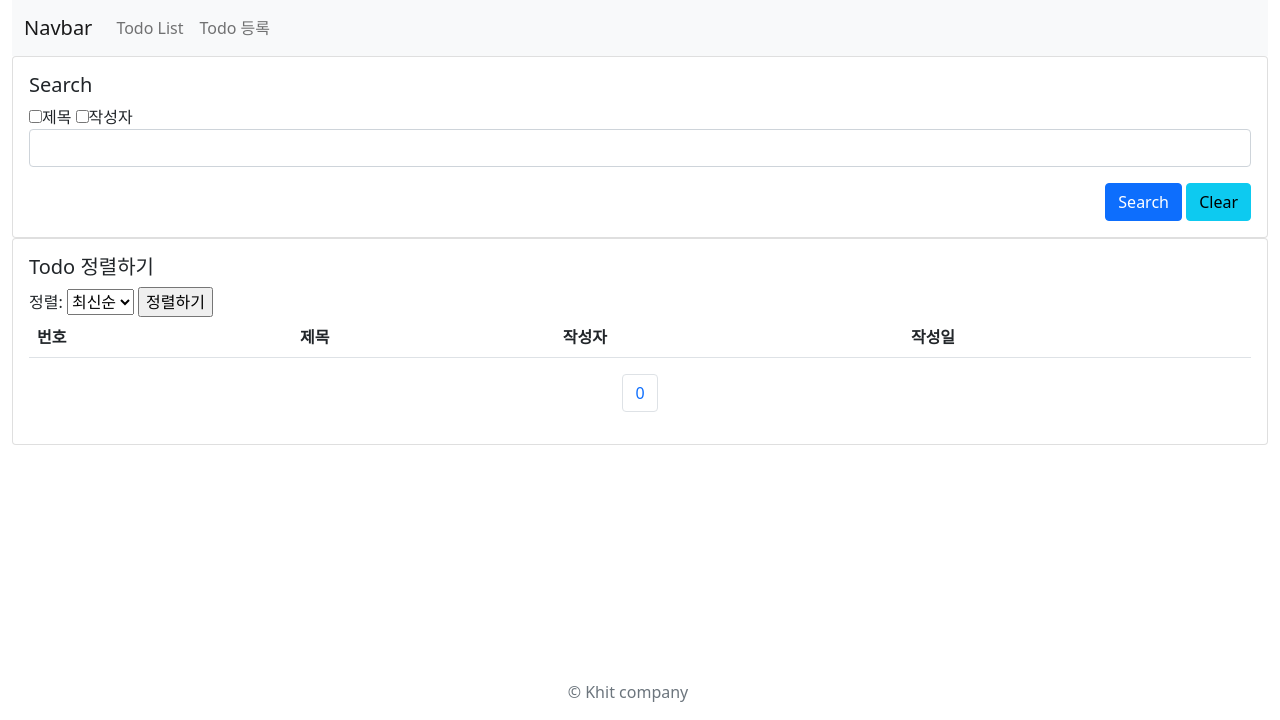
Repository: KyoungHwanJeong/springworks
Page: http://localhost/todoweb/WEB-INF/views/todo/list_sort.jsp
An editor plug-in stored every save of this project. The page is shown before and after the next save, followed by the edit.
The browser window is 1280 px wide. The pictures show the whole page.
The page is served by Tomcat 9. Nobody is signed in. Other server files are loaded and not shown. The template is opened directly, without the code that normally fills it, so the values that code supplies are empty.

Above is the page before, as saved 2024-01-10 02:33:00.

### todoweb/src/main/webapp/WEB-INF/views/todo/list_sort.jsp
<%@ page language="java" contentType="text/html; charset=UTF-8"
    pageEncoding="UTF-8"%>
<%@ taglib uri="http://java.sun.com/jsp/jstl/core" prefix="c" %>
<%@ taglib uri="http://java.sun.com/jsp/jstl/fmt" prefix="fmt" %>

<!DOCTYPE html>
<html>
<head>
<meta charset="UTF-8">
<title>Todo 정렬하기</title>
</head>
<body>
	<div class="container-fluid">
		<jsp:include page="../layout/header.jsp" />
		<!-- 검색 영역 -->
		<div class="row content">
			<div class="col">
				<div class="card">
					<div class="card-body">
						<h5 class="card-title">Search</h5>
						<form action="/todo/paging" method="get">
							<div class="mb-3">
								<input type="checkbox" name="types" value="t">제목
								<input type="checkbox" name="types" value="w">작성자
								<input type="text" name="keyword" class="form-control">
							</div>
							<div class="mb-3">
								<div class="float-end">
									<button type="submit" class="btn btn-primary">Search</button>
									<button type="reset" class="btn btn-info">Clear</button>
								</div>
							</div>
						</form>
					</div>
				</div>
			</div>
		</div>

		<!-- 본문 영역 -->
		<div class="row content">
			<div class="col">
				<div class="card">
					<div class="card-body">
						<h5 class="card-title">Todo 정렬하기</h5>
							<form action="/todo/list_sort" method="get" class="list_sort">
								<div>
								<label>정렬: </label>
								<select type="name" name="sort" class="sort">
									<option type="name" value="recent">최신순</option>
									<option type="name" value="popular">제목순</option>
								</select>
								<input type="submit" value="정렬하기">
								</div>
							</form>
						<table class="table">
							<thead>
								<tr>
									<th>번호</th><th>제목</th><th>작성자</th><th>작성일</th>
								</tr>
							</thead>
							<tbody>
								<c:forEach items="${responseDTO.dtoList}" var="todo">
								<tr>
									<td>${todo.tno}</td>
									<td><a href="/todo?tno=${todo.tno}&page=${responseDTO.page}">${todo.title}</a></td>
									<td>${todo.writer}</td>
									<td><fmt:formatDate value="${todo.createdDate}" pattern="yyyy년  MM월 dd일 HH:mm:ss" /></td>
								</tr>
								</c:forEach>
							</tbody>

						</table>

						<!-- 페이징 처리 -->
						<div class ="d-flex justify-content-center">
							<ul class="pagination flex-wrap">
								<!-- 이전 페이지 -->
								<c:if test="${responseDTO.prev}">
									<li class="page-item">
										<a class="page-link" href="/todo/paging?page=${responseDTO.startPage-1}">Previous</a>
									</li>
								</c:if>

								<!-- 페이지 번호 -->
								<c:forEach var="num" begin="${responseDTO.startPage}" end="${responseDTO.endPage}">
									<li class="page-item ${responseDTO.page eq num ? 'active' : '' }" >
										<a href="/todo/paging?page=${num}" class="page-link">${num}</a>
									</li>
								</c:forEach>

								<!-- 다음 페이지 -->
								<c:if test="${responseDTO.next}">
									<li class="page-item">
										<a class="page-link" href="/todo/paging?page=${responseDTO.endPage+1}">Next</a>
									</li>
								</c:if>
							</ul>
						</div><!-- 페이징 처리 -->
					</div>
				</div>
			</div>
		</div>	<!-- 본문 영역 닫기 -->
		<jsp:include page="../layout/footer.jsp"></jsp:include>
	</div>
</body>
</html>

### todoweb/src/main/webapp/WEB-INF/views/layout/header.jsp
<%@ page language="java" contentType="text/html; charset=UTF-8"
    pageEncoding="UTF-8"%>
<%@ taglib uri="http://java.sun.com/jsp/jstl/core" prefix="c" %>
<link href="https://cdn.jsdelivr.net/npm/bootstrap@5.1.3/dist/css/bootstrap.min.css" rel="stylesheet" integrity="sha384-1BmE4kWBq78iYhFldvKuhfTAU6auU8tT94WrHftjDbrCEXSU1oBoqyl2QvZ6jIW3" crossorigin="anonymous">
<script src="https://cdn.jsdelivr.net/npm/bootstrap@5.1.3/dist/js/bootstrap.bundle.min.js" integrity="sha384-ka7Sk0Gln4gmtz2MlQnikT1wXgYsOg+OMhuP+IlRH9sENBO0LRn5q+8nbTov4+1p" crossorigin="anonymous"></script>
<header>
<nav class="navbar navbar-expand-lg navbar-light bg-light">
  <div class="container-fluid">
    <a class="navbar-brand" href="/">Navbar</a>
    <button class="navbar-toggler" type="button" data-bs-toggle="collapse" data-bs-target="#navbarSupportedContent" aria-controls="navbarSupportedContent" aria-expanded="false" aria-label="Toggle navigation">
      <span class="navbar-toggler-icon"></span>
    </button>
    <div class="collapse navbar-collapse" id="navbarSupportedContent">
      <ul class="navbar-nav me-auto mb-2 mb-lg-0">
        <li class="nav-item">
          <a class="nav-link" href="/todo/paging">Todo List</a>
        </li>
        <li class="nav-item">
          <a class="nav-link" href="/todo/register">Todo 등록</a>
        </li>
      </ul>
    </div>
  </div>
</nav>

</header>

### todoweb/src/main/webapp/WEB-INF/views/layout/footer.jsp
<%@ page language="java" contentType="text/html; charset=UTF-8"
    pageEncoding="UTF-8"%>
<div class="row footer">
	<div class="row fixed-bottom">
		<footer>
			<p class="text-center text-muted">&copy; Khit company</p>
		</footer>
	</div>
</div>

After the next save:
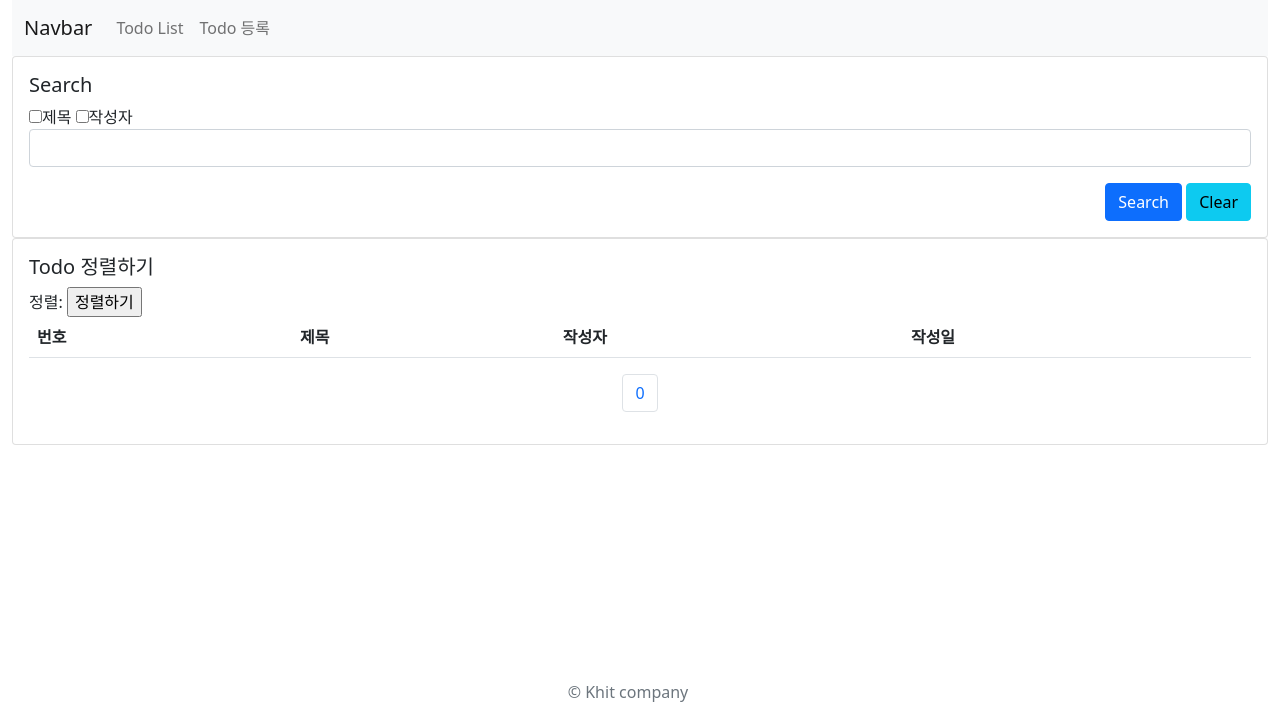
Saved 19 min 58 s later.
--- a/todoweb/src/main/webapp/WEB-INF/views/todo/list_sort.jsp
+++ b/todoweb/src/main/webapp/WEB-INF/views/todo/list_sort.jsp
@@ -45,10 +45,14 @@
 							<form action="/todo/list_sort" method="get" class="list_sort">
 								<div>
 								<label>정렬: </label>
-								<select type="name" name="sort" class="sort">
+
+
+
+
+								<!-- <select type="name" name="sort" class="sort">
 									<option type="name" value="recent">최신순</option>
 									<option type="name" value="popular">제목순</option>
-								</select>
+								</select> -->
 								<input type="submit" value="정렬하기">
 								</div>
 							</form>
